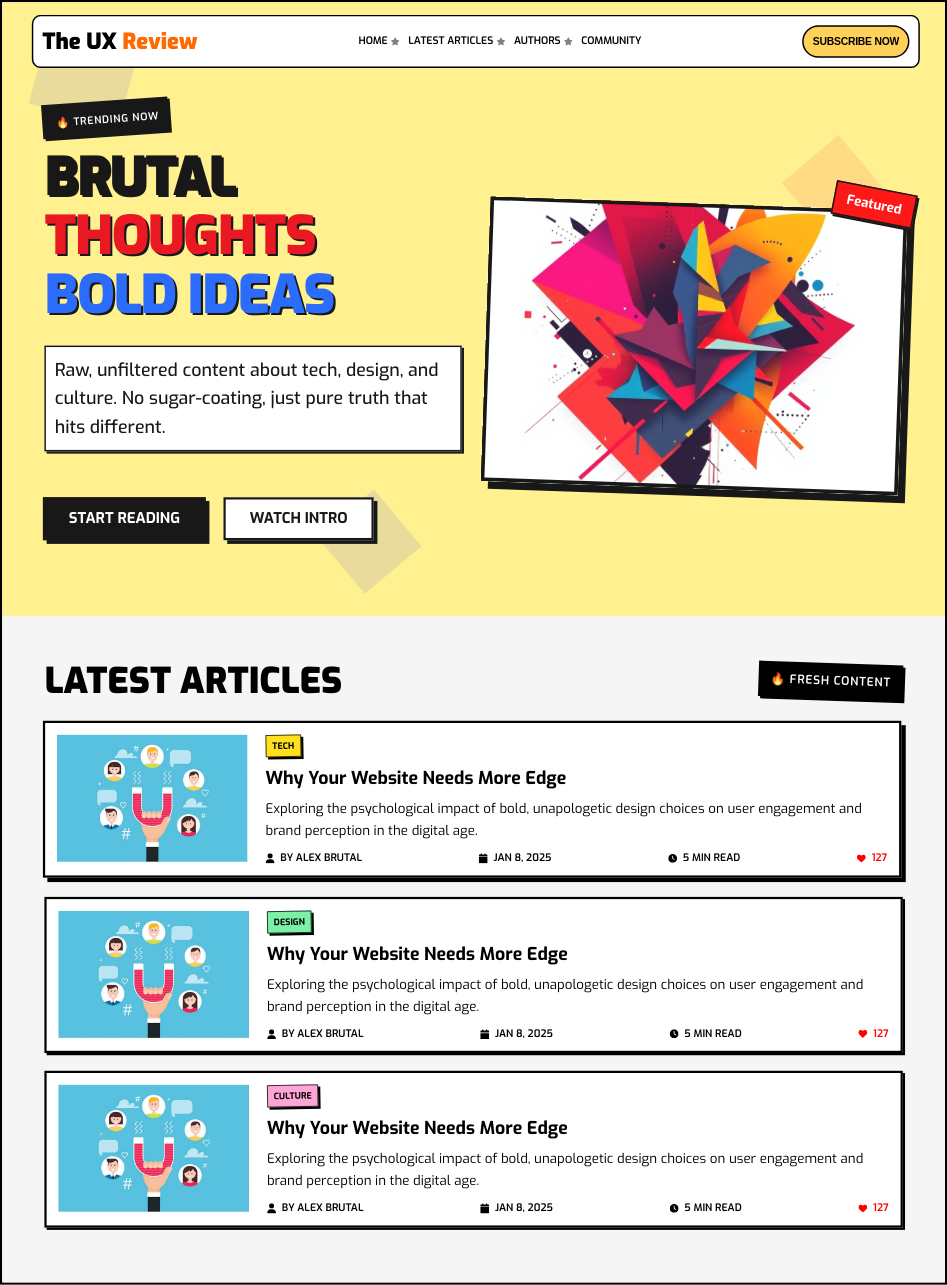
Repository: abdobadawi-ops/Route-Academy-Assignments
Page: Fourth Assignment - the-ux-review-blog/test.html
An editor plug-in stored every save of this project. The page is shown before and after the next save, followed by the edit.
The browser window is 1280 px wide. The pictures show the whole page, at 74% of full size.
The pointer rests on the first visible `.articles__card-first`.

Above is the page before, as saved 2026-05-13 02:15:42.

After the next save:
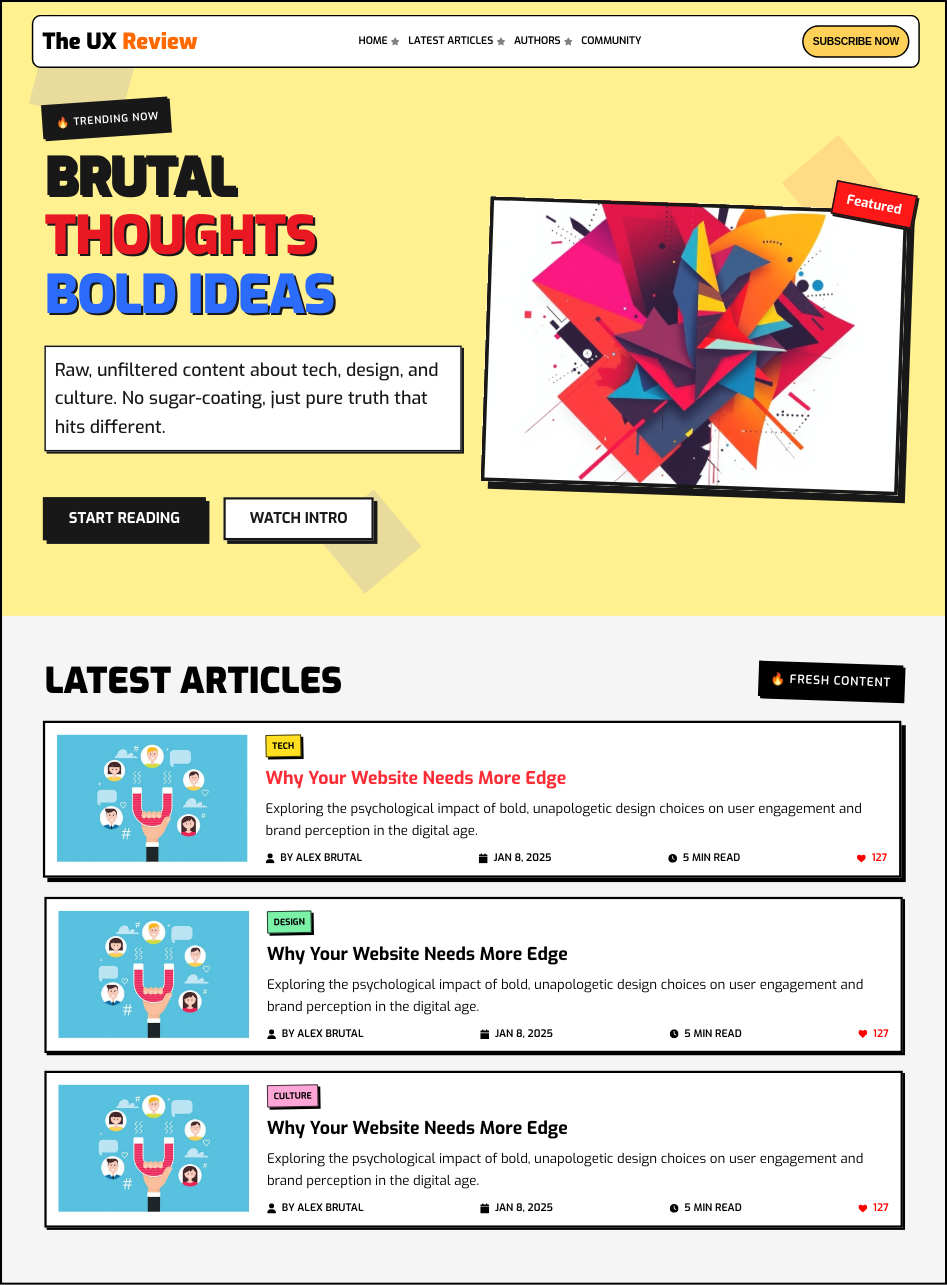
Saved 44 s later.
--- a/Fourth Assignment - the-ux-review-blog/test.css
+++ b/Fourth Assignment - the-ux-review-blog/test.css
@@ -379,7 +379,7 @@ img {
 }
 
 .articles__card-first:hover .articles__title {
-  color:;
+  color: #fb2c36;
 }
 
 .articles__card-second:hover .articles__title {
